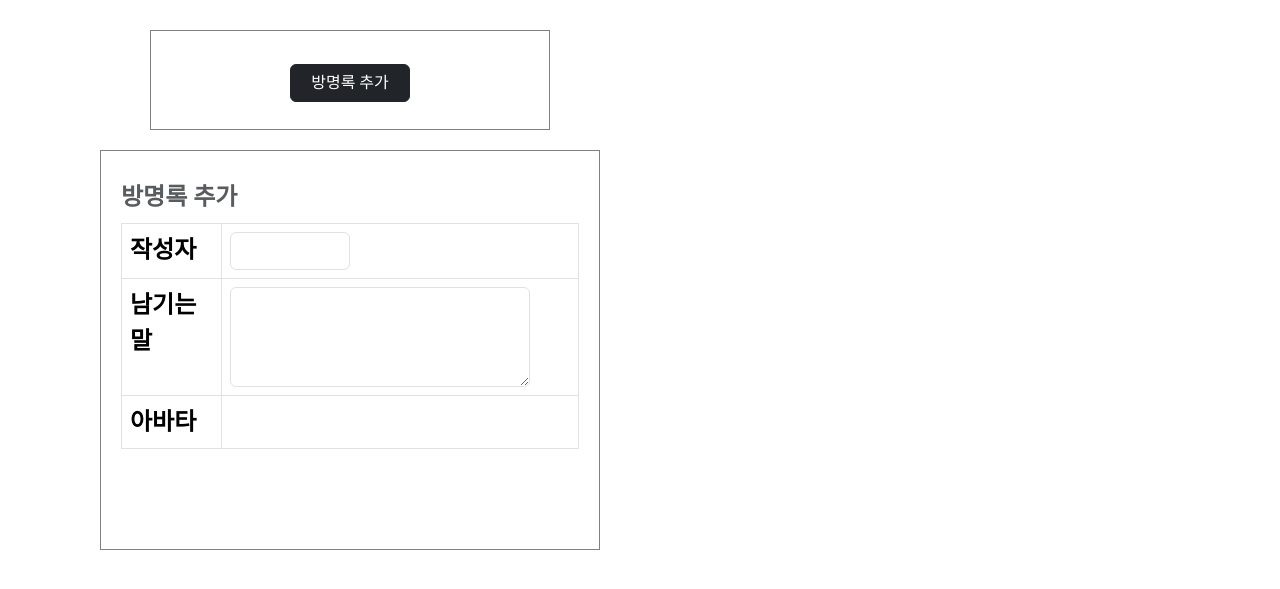
Repository: jini8293/Sist_04
Page: jspwork/jspProject/src/main/webapp/ajaxMyWorld/myWorld.html
An editor plug-in stored every save of this project. The page is shown before and after the next save, followed by the edit.
The browser window is 1280 px wide. The pictures show the whole page.
Some web fonts or font styles are not loaded; a fallback is used.

Above is the page before, as saved 2024-03-07 05:27:19.

### jspwork/jspProject/src/main/webapp/ajaxMyWorld/myWorld.html
<!DOCTYPE html>
<html>
<head>
<meta charset="UTF-8">
<link
	href="https://fonts.googleapis.com/css2?family=Black+Han+Sans&family=Gowun+Dodum&family=IBM+Plex+Sans+KR&display=swap"
	rel="stylesheet">
<link
	href="https://cdn.jsdelivr.net/npm/bootstrap@5.3.2/dist/css/bootstrap.min.css"
	rel="stylesheet">
<script src="https://code.jquery.com/jquery-3.7.0.js"></script>
<title>Insert title here</title>
<style type="text/css">
div.hello {
	position: absolute;
	border: 1px solid gray;
	font-family: Gowun Dodum;
	font-size: 1.5em;
}

div.button {
	left: 150px;
	top: 30px;
	width: 400px;
	height: 100px;
	line-height: 100px;
	text-align: center;
}

div.addform {
	left: 100px;
	top: 150px;
	width: 500px;
	height: 400px;
	padding: 20px 20px;
}
</style>
</head>
<body>
	<div class="hello button">
		<button type="button" class="btn btn-dark" id="btnadd"
			style="width: 120px;">방명록 추가</button>
	</div>

	<div class="hello addform">
		<form id="addfrm">
			<table class="table table-bordered">
				<caption align="top">
					<b>방명록 추가</b>
				</caption>
				<tr>
					<th width="100" align="center">작성자</th>
					<td><input type="text" class="form-control input-sm"
						name="writer" id="writer" style="width: 120px;"></td>
				</tr>
				<tr>
					<th>남기는 말</th>
					<td><textarea style="width: 300px; height: 100px"
							class="form-control" name="content" id="content"></textarea></td>
				</tr>
				<tr>
					<th>아바타</th>
					<td><input type="hidden" name="avata" id="avata">
					<script type="text/javascript">

					</script>
					</td>
				</tr>
			</table>
		</form>
	</div>

</body>
</html>

After the next save:
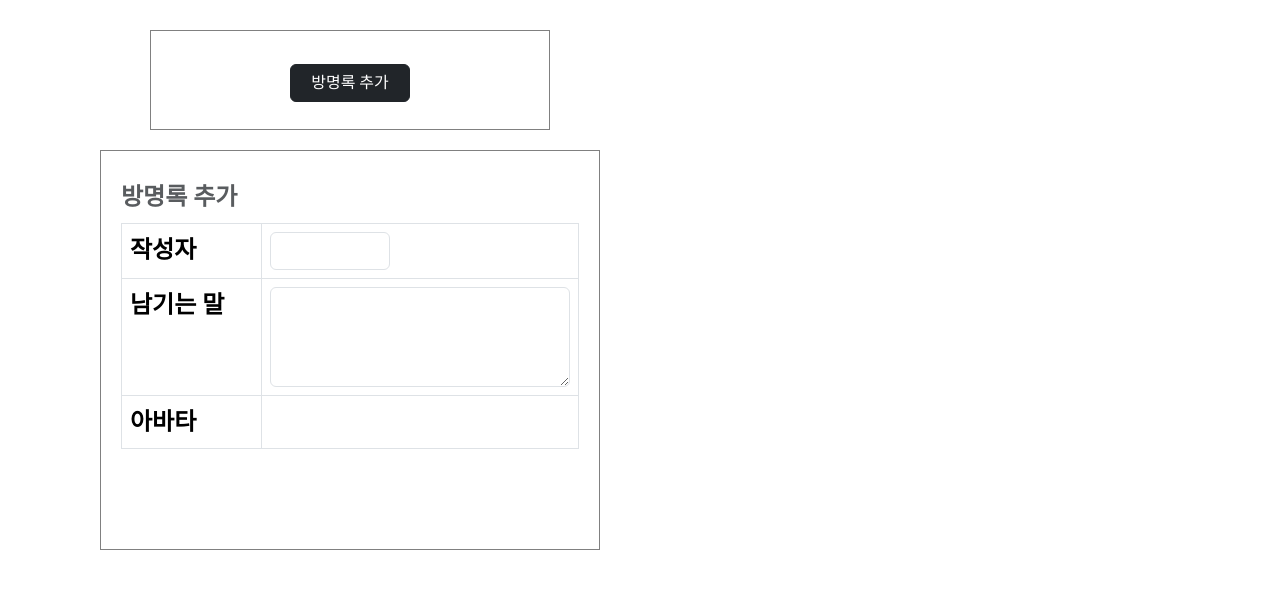
Saved 10 s later.
--- a/jspwork/jspProject/src/main/webapp/ajaxMyWorld/myWorld.html
+++ b/jspwork/jspProject/src/main/webapp/ajaxMyWorld/myWorld.html
@@ -49,7 +49,7 @@
 					<b>방명록 추가</b>
 				</caption>
 				<tr>
-					<th width="100" align="center">작성자</th>
+					<th width="150" align="center">작성자</th>
 					<td><input type="text" class="form-control input-sm"
 						name="writer" id="writer" style="width: 120px;"></td>
 				</tr>
